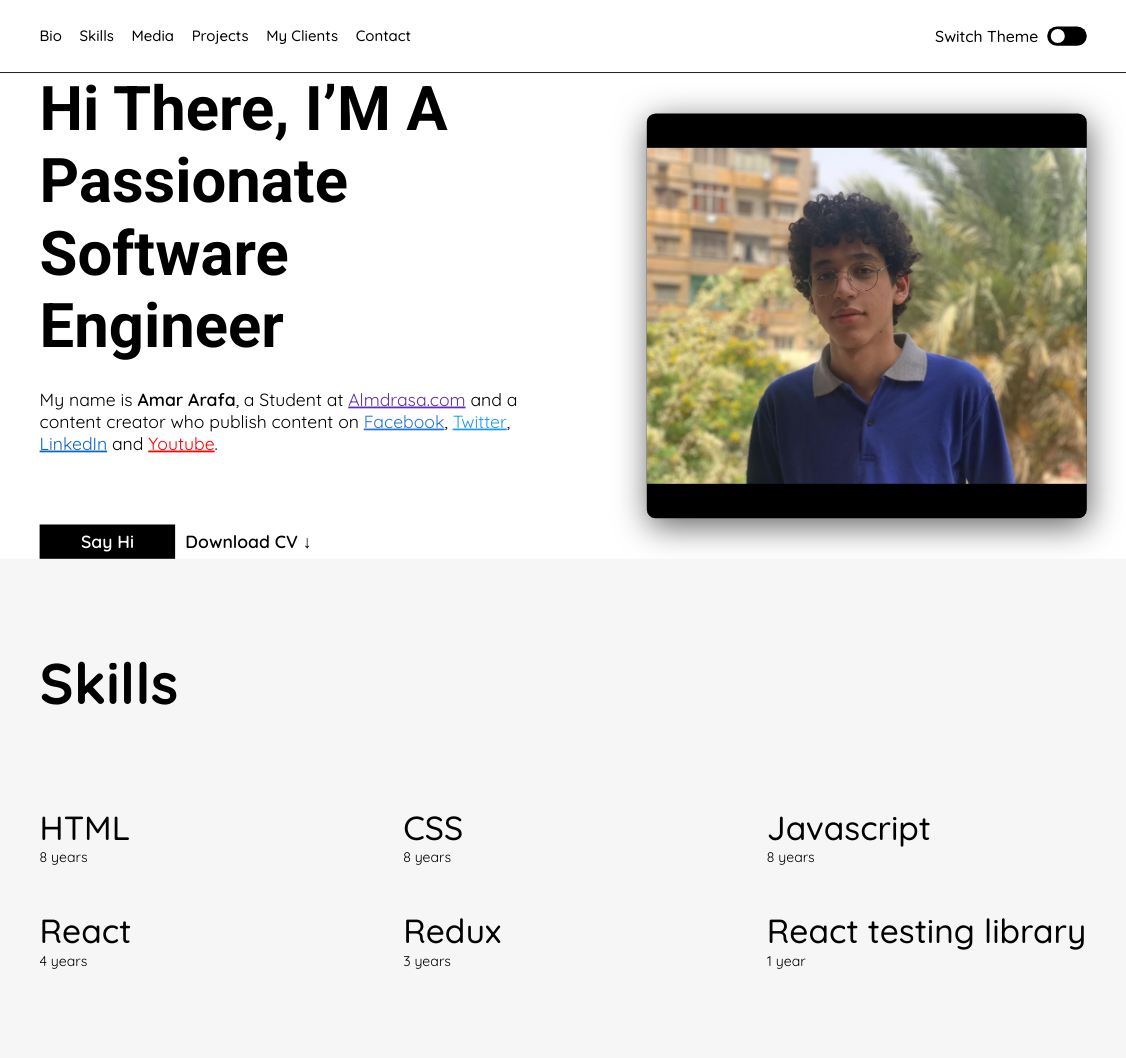
Repository: benarafa1/personal-website
Page: index.html
These files come from the project's save history. The page is drawn as it stood at one moment and after the next save; the edit follows.
The browser window is 1280 px wide. The pictures show the whole page, at 88% of full size.

Above is the page before, as saved 2025-04-12 16:58:25.

### index.html
<!DOCTYPE html>
<html lang="en">
  <head>
    <meta charset="UTF-8" />
    <meta name="viewport" content="width=device-width, initial-scale=1.0" />
    <link rel="preconnect" href="https://fonts.googleapis.com" />
    <link rel="preconnect" href="https://fonts.gstatic.com" crossorigin />
    <link rel="preconnect" href="https://fonts.googleapis.com" />
    <link rel="preconnect" href="https://fonts.gstatic.com" crossorigin />
    <link
      href="https://fonts.googleapis.com/css2?family=Quicksand:wght@300..700&family=Roboto:ital,wght@0,100;0,300;0,400;0,500;0,700;0,900;1,100;1,300;1,400;1,500;1,700;1,900&display=swap"
      rel="stylesheet"
    />

    <link rel="stylesheet" href="style.css" />
    <title>Amar Arafa</title>
  </head>

  <body>
    <div class="container">
      <header class="header">
        <nav class="navigation">
          <ul class="navigation__list">
            <li><a class="navigation__link" href="#">Bio</a></li>
            <li><a class="navigation__link" href="#">Skills</a></li>
            <li><a class="navigation__link" href="#">Media</a></li>
            <li><a class="navigation__link" href="#">Projects</a></li>
            <li><a class="navigation__link" href="#">My Clients</a></li>
            <li><a class="navigation__link" href="#">Contact</a></li>
          </ul>
        </nav>
        <div class="toggle">
          <h3 class="toggle__title">Switch Theme</h3>
          <input
            type="checkbox"
            name="toggle__checkbox"
            id="checkbox"
            class="toggle__checkbox"
          />
          <label for="checkbox" class="toggle__label"></label>
        </div>
      </header>
      <section class="bio section">
        <div class="bio__data-part">
          <h1 class="bio__heading">
            Hi There, I’M A Passionate Software Engineer
          </h1>
          <p class="bio__objective">
            My name is <span class="bio__name">Amar Arafa</span>, a Student at
            <a href="" class="bio__Almdrasa">Almdrasa.com</a> and a content
            creator who publish content on
            <a href="#" class="bio__Facebook">Facebook</a>,
            <a href="#" class="bio__Twitter">Twitter</a>,
            <a href="#" class="bio__LinkedIn">LinkedIn</a> and
            <a href="#" class="bio__Youtube">Youtube</a>.
          </p>
          <a href="#" class="bio__links say-hi-link">Say Hi</a>
          <a href="#" class="bio__links download-cv-link"
            >Download CV <span class="bio__arrow">↓</span></a
          >
        </div>
        <div class="bio__pic-part">
          <img
            src="images/personal-pic.jpg"
            alt="img of amar"
            class="bio__pic"
          />
        </div>
      </section>
      <section class="skills section section-with-bg">
        <h2 class="h2__heading">Skills</h2>
        <div class="skills__languages">
          <div class="skills__item">
            <p class="language">HTML</p>
            <p class="experience">8 years</p>
          </div>
          <div class="skills__item">
            <p class="language">CSS</p>
            <p class="experience">8 years</p>
          </div>
          <div class="skills__item">
            <p class="language">Javascript</p>
            <p class="experience">8 years</p>
          </div>
          <div class="skills__item">
            <p class="language">React</p>
            <p class="experience">4 years</p>
          </div>
          <div class="skills__item">
            <p class="language">Redux</p>
            <p class="experience">3 years</p>
          </div>
          <div class="skills__item">
            <p class="language">React testing library</p>
            <p class="experience">1 year</p>
          </div>
        </div>
      </section>
    </div>
  </body>
</html>

### style.css
:root {
  --container-width: 119rem;
  --gutter: 2rem;
  --color-black: #000;
  --color-white: #fff;
  --color-blue: #2374e1;
  --color-light-blue: #1d9bf0;
  --color-dark-blue: #0a66c2;
  --color-darker-blue: #143ce8;
  --color-red: #ff0000;
  --color-purple: hsla(261, 96%, 33%, 0.822);
  --color-grey: #f6f6f6;
  --color-dark-green: #42959b;
  --color-background: var(--color-white);
  --color-text: var(--color-black);
  --color-box-img: var(--color-black);
  --color-link-bg: var(--color-black);
  --color-input-border: var(--color-black);
  --font-family-Roboto: "Roboto", sans-serif;
  --font-family-Quicksand: "Quicksand", sans-serif;
  --font-weight-regular: 400;
  --font-weight-medium: 500;
  --font-weight-semi-bold: 600;
  --font-weight-bold: 700;
  --font-size-70: 7rem;
  --font-size-65: 6.5rem;
  --font-size-40: 4rem;
  --font-size-38: 3.8rem;
  --font-size-24: 2.4rem;
  --font-size-22: 2.2rem;
  --font-size-20: 2rem;
  --font-size-18: 1.8rem;
  --font-size-15: 1.5rem;
  --transition-timing: 0.3s;
}

/* start CSS Reset_________________ */
*,
*::before,
*::after {
  box-sizing: border-box;
  margin: 0;
  padding: 0;
  font: inherit;
}

a {
  color: inherit;
  display: inline-block;
}

button {
  background-color: transparent;
  border: none;
  cursor: pointer;
}

ul,
ol {
  list-style: none;
}
body {
  font-size: 1.6rem;
  font-family: var(--font-family-Quicksand);
}

html {
  font-size: 62.5%;
  scroll-behavior: smooth;
  scroll-padding-top: 11rem;
}

.container {
  margin: 0 auto;
  width: var(--container-width);
}
/* end CSS Reset _____________________*/

/* globaL styles start________________ */
.h2__heading {
  font-size: var(--font-size-65);
  font-weight: var(--font-weight-bold);
  grid-column: 1/-1;
}
.section {
  display: grid;
  position: relative;
  grid-template-columns: repeat(2, auto);
  align-items: start;
}
.section-with-bg {
  padding: 10rem 0;
}
.section-with-bg::after {
  content: "";
  position: absolute;
  display: block;
  justify-self: center;
  height: 100%;
  width: 100vw;
  background-color: var(--color-grey);
  z-index: -1;
}

/* globaL styles end________________ */

/* header component start___________________ */

.navigation__list {
  display: flex;
  gap: 2rem;
}
.navigation__link:link,
.navigation__link:visited {
  font-weight: var(--font-weight-medium);
  text-decoration: none;
  font-size: 1.7rem;
}
.navigation__link:hover,
.navigation__link:active {
  text-decoration: underline;
}

.header {
  position: relative;
  padding: 3rem 0;
  display: flex;
  justify-content: center;
}
.header::before {
  content: "";
  position: absolute;
  height: 100%;
  width: 100vw;
  top: 0;
  z-index: -1;
  border-bottom: 0.1rem solid var(--color-input-border);
}

/* toggle start */
.toggle {
  display: flex;
  gap: 1rem;
  margin-left: auto;
}
.toggle__title {
  font-weight: var(--font-weight-medium);
  font-size: var(--font-size-18);
}
.toggle__checkbox {
  display: none;
}

.toggle__label {
  display: block;
  width: 4.5rem;
  height: 2.2rem;
  border-radius: 1.5rem;
  background-color: var(--color-black);
  cursor: pointer;
  padding: 0.3rem 0.4rem;
  transition: var(--transition-timing);
}

.toggle__label::before {
  content: "";
  display: block;
  width: 1.6rem;
  height: 1.6rem;
  border-radius: 50%;
  background-color: var(--color-white);
  transition: var(--transition-timing);
}

.toggle__checkbox:checked + .toggle__label {
  background-color: var(--color-white);
}
.toggle__checkbox:checked + .toggle__label::before {
  background-color: var(--color-black);
  transform: translateX(2.1rem);
}
/* toggle end */

/* header component end+_______________ */

/* bio component start */
.bio {
  grid-template-columns: repeat(2, 1fr);
  gap: 7.4rem;
}

.bio__heading {
  font-family: var(--font-family-Roboto);
  font-size: var(--font-size-70);
  font-weight: var(--font-weight-bold);
}
.bio__objective {
  font-weight: var(--font-weight-regular);
  font-size: var(--font-size-20);
  margin: 3rem 0 8rem;
}
.bio__name {
  font-weight: var(--font-weight-semi-bold);
}
.bio__Almdrasa {
  color: var(--color-purple);
}
.bio__Facebook {
  color: var(--color-blue);
}
.bio__Twitter {
  color: var(--color-light-blue);
}
.bio__LinkedIn {
  color: var(--color-dark-blue);
}
.bio__Youtube {
  color: var(--color-red);
}
.bio__links {
  font-size: var(--font-size-20);
  font-weight: var(--font-weight-semi-bold);
  text-decoration: none;
}
.say-hi-link {
  padding: 0.7rem 4.7rem;
  background-color: var(--color-black);
  color: var(--color-white);
}
.download-cv-link {
  margin-inline-start: 0.7rem;
}

@keyframes jump {
  0% {
    transform: translateY(0.5rem);
  }
  25% {
    transform: translateY(-0.5rem);
  }
  50% {
    transform: translateY(0);
  }
  100% {
    transform: translateY(0);
  }
}

.bio__arrow {
  display: inline-block;
  animation: jump 1s ease-in-out infinite alternate;
}

.bio__pic-part {
  display: flex;
  position: relative;
  align-items: center;
  align-self: center;
  justify-self: end;
}
.bio__pic-part::before {
  content: "";
  display: block;
  position: absolute;
  height: 46rem;
  width: 100%;
  border-radius: 1rem;
  z-index: -1;
  background-color: var(--color-box-img);
  box-shadow: 2.17543px 8.7017px 38.0699px rgba(0, 0, 0, 0.623);
}
.bio__pic {
  width: 50rem;
}
/* bio component end */

/* skills component start */
.skills {
  background-color: var(--color-grey);
  row-gap: 10rem;
}
.skills__item {
  transition: var(--transition-timing);
  user-select: none;
}
.skills__item:hover {
  text-shadow: 0 0 1px var(--color-purple);
}
.skills__languages {
  display: grid;
  grid-template-columns: repeat(3, 1fr);
  gap: 5rem;
}
.language {
  font-size: var(--font-size-38);
  font-weight: var(--font-weight-medium);
}

/* skills component end */

After the next save:
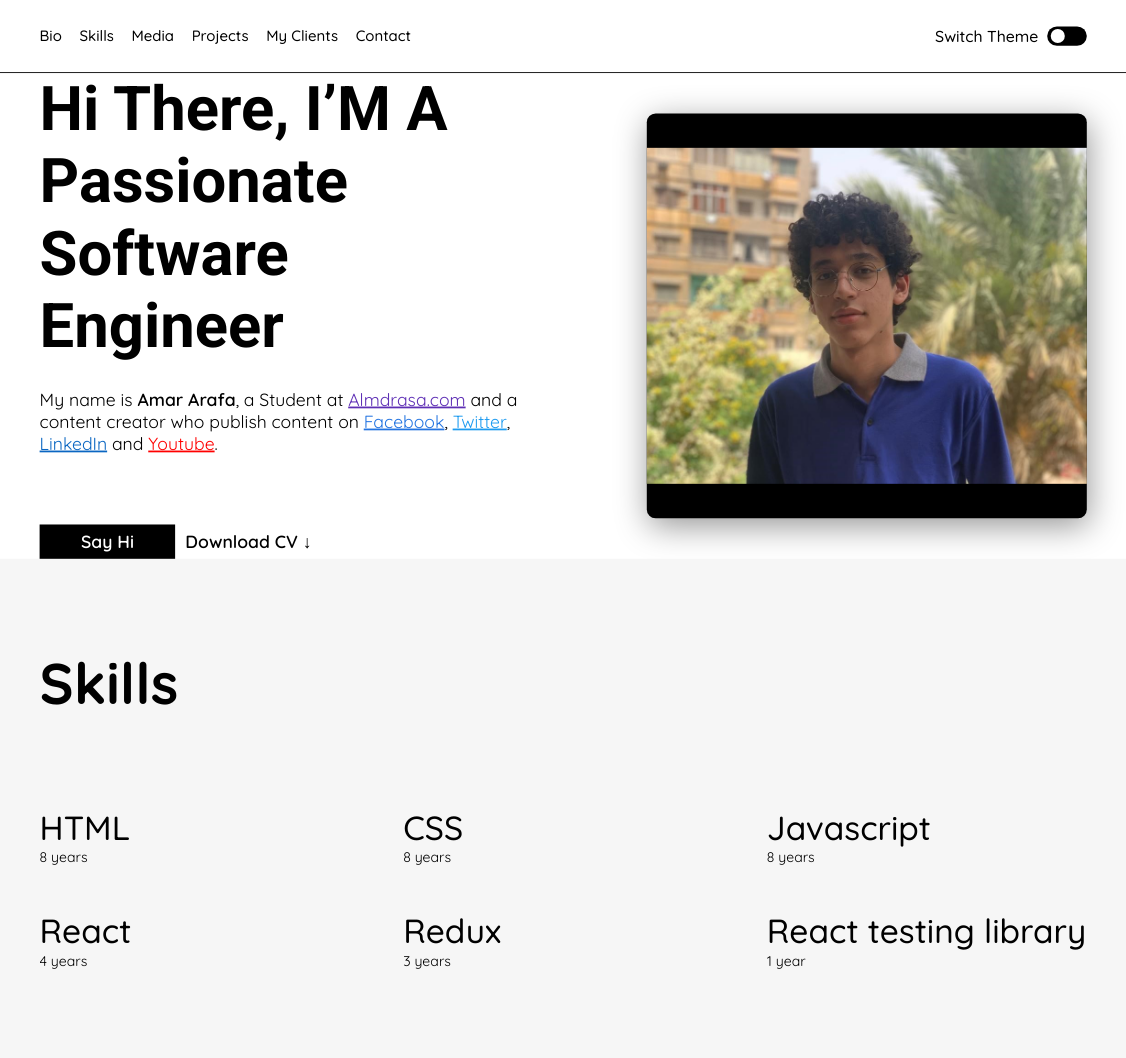
Saved 44 s later.
--- a/style.css
+++ b/style.css
@@ -267,7 +267,7 @@ html {
   border-radius: 1rem;
   z-index: -1;
   background-color: var(--color-box-img);
-  box-shadow: 2.17543px 8.7017px 38.0699px rgba(0, 0, 0, 0.623);
+  box-shadow: 2.17543px 8.7017px 38.0699px rgba(0, 0, 0, 0.416);
 }
 .bio__pic {
   width: 50rem;
